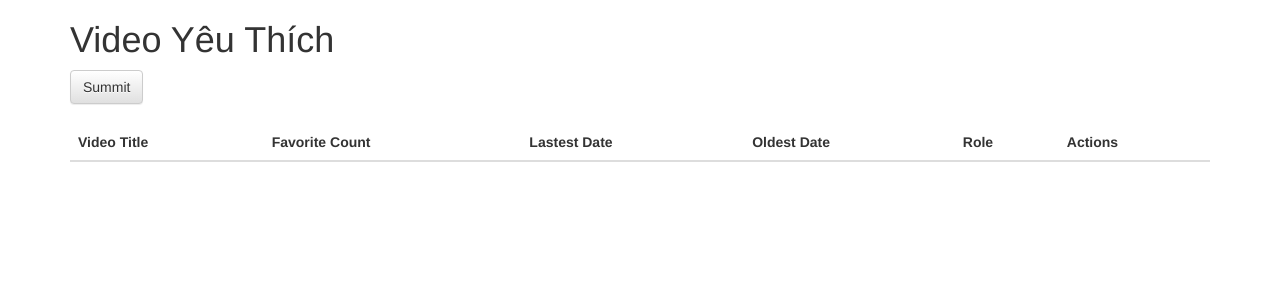
Repository: Hacorbie/Java-Servlet
Page: http://localhost/ASM_JV4/views/Ana.jsp
An editor plug-in stored every save of this project. The page is shown before and after the next save, followed by the edit.
The browser window is 1280 px wide. The pictures show the whole page.
Some web libraries are served in a nearby version. The page is served by Tomcat 9.

Above is the page before, as saved 2023-04-09 16:16:20.

After the next save:
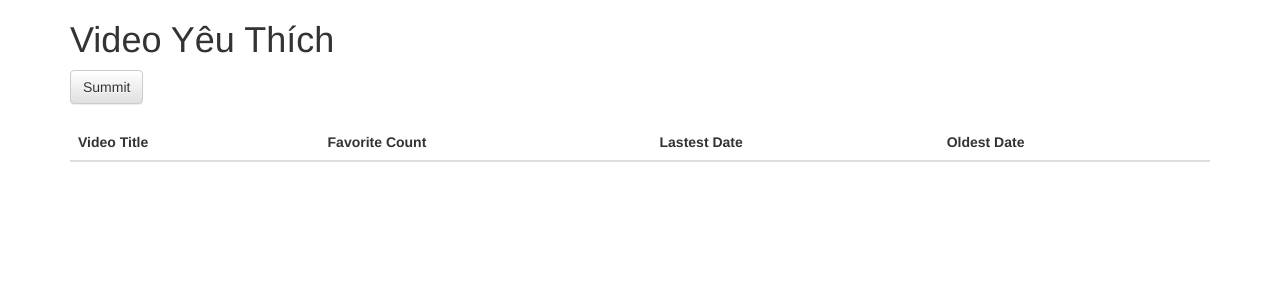
Saved 5 s later.
--- a/ASM_JV4/src/main/webapp/views/Ana.jsp
+++ b/ASM_JV4/src/main/webapp/views/Ana.jsp
@@ -30,8 +30,6 @@
 					<th>Favorite Count</th>
 					<th>Lastest Date</th>
 					<th>Oldest Date</th>
-					<th>Role</th>
-					<th>Actions</th>
 				</tr>
 			</thead>
 			<tbody>
